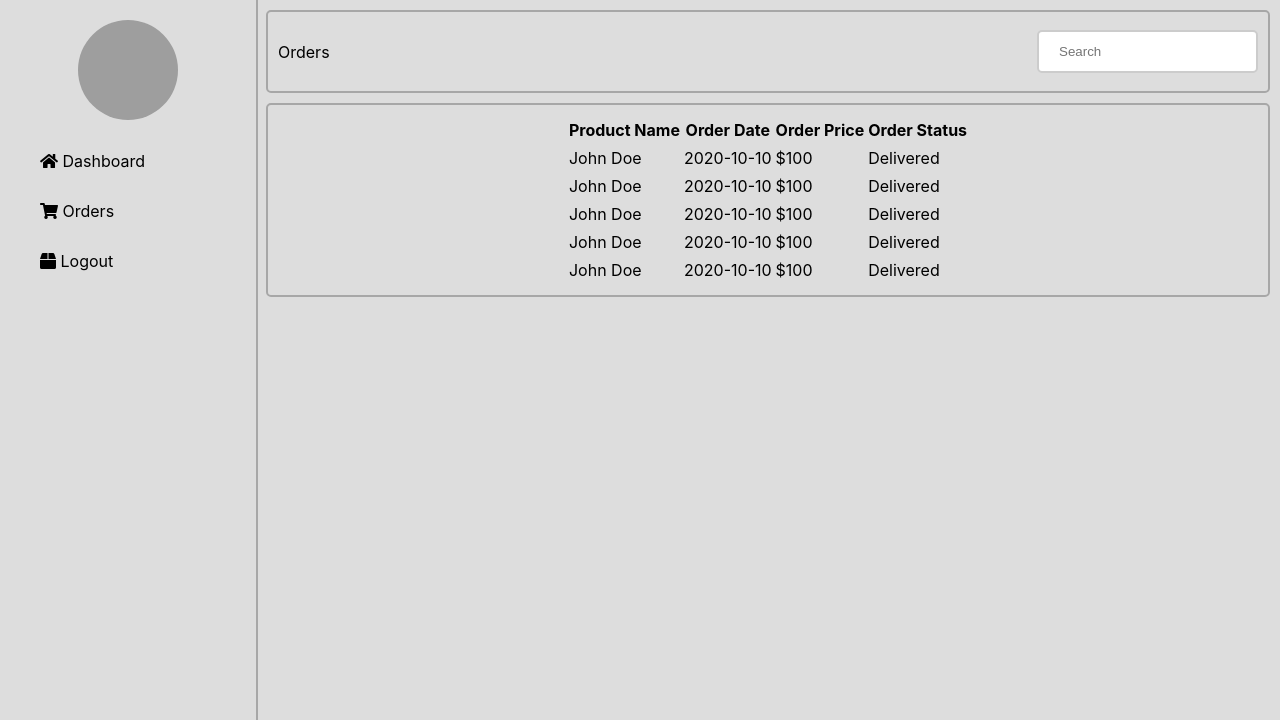
Repository: cjaymoni/FE_Submission02
Page: http://localhost/orders
An editor plug-in stored every save of this project. The page is shown before and after the next save, followed by the edit.
The browser window is 1280 px wide. The pictures show the whole page.
Pictures or frames that could not be fetched are drawn as grey boxes. Some web libraries are served in a nearby version. The page is run by PHP 8.4 with error messages shown; the project is at /var/www/html/.

Above is the page before, as saved 2022-09-29 15:16:16.

### index.php
<!doctype html>
<html lang="en">
<head>
    <?php include './layout/header.html' ?>
</head>
<body>
<?php
require_once './layout/sidebar.html';

$request = $_SERVER['REQUEST_URI'];

switch ($request) {
        case '/' :
        case '' :
        case '/home' :
            case '/login':
                case '/login/':
        require __DIR__.'/views/login-page/login.html';
        break;


        case '/orders':
        case '/orders/':
        require __DIR__.'/views/orders/orders.html';
        break;

        case '/dashboard':
        case '/dashboard/':
        require __DIR__.'/views/dashboard/dashboard.html';
        break;





        default:
        require __DIR__.'/views/login-page/login.html';
        break;
}
?>

 <?php require_once './layout/footer.html' ?>
</body>
</html>

### layout/header.html
<meta charset="utf-8" />
<meta name="viewport" content="width=device-width, initial-scale=1.0" />

<!-- FavIcon -->
<link rel="icon" type="image/svg+xml" href="assets/Freddys_Logo.svg" />

<!-- CSS -->
<link rel="stylesheet" href="css/styles.css" />

<!-- Font Awesome -->
<link
  rel="stylesheet"
  href="https://use.fontawesome.com/releases/v5.8.1/css/all.css"
/>

<!-- Title -->
<title>Freddy's Shop</title>

### layout/sidebar.html
<aside>
  <div class="sidebar" id="sidebar">
    <div class="profile">
      <img src="assets/Freddys_Logo.svg" alt="Freddys_Logo" />
    </div>
    <ul>
      <li>
        <a href="/dashboard">
          <i class="fas fa-home"></i>
          <span>Dashboard</span>
        </a>
      </li>
      <li>
        <a href="/orders">
          <i class="fas fa-shopping-cart"></i>
          <span>Orders</span>
        </a>
      </li>
      <li>
        <a href="products.html">
          <i class="fas fa-box"></i>
          <span>Logout</span>
        </a>
      </li>
    </ul>
  </div>
</aside>
<script src="js/sidebar-toggle.js"></script>

### views/orders/orders.html
<div class="content">
  <div class="order-header">
    <div class="order-header-text">
      <span>Orders</span>
    </div>
    <div class="order-header-search">
      <input type="text" placeholder="Search" />
    </div>
  </div>

  <div class="order-table-div">
    <table>
      <thead>
        <tr>
          <th>Product Name</th>
          <th>Order Date</th>
          <th>Order Price</th>
          <th>Order Status</th>
        </tr>
      </thead>
      <tbody>
        <tr>
          <td>John Doe</td>
          <td>2020-10-10</td>
          <td>$100</td>
          <td>Delivered</td>
        </tr>
        <tr>
          <td>John Doe</td>
          <td>2020-10-10</td>
          <td>$100</td>
          <td>Delivered</td>
        </tr>
        <tr>
          <td>John Doe</td>
          <td>2020-10-10</td>
          <td>$100</td>
          <td>Delivered</td>
        </tr>
        <tr>
          <td>John Doe</td>
          <td>2020-10-10</td>
          <td>$100</td>
          <td>Delivered</td>
        </tr>

        <tr>
          <td>John Doe</td>
          <td>2020-10-10</td>
          <td>$100</td>
          <td>Delivered</td>
        </tr>
      </tbody>
    </table>
  </div>
</div>

### layout/footer.html
<script
  src="https://code.jquery.com/jquery-3.6.1.min.js"
  integrity="sha256-o88AwQnZB+VDvE9tvIXrMQaPlFFSUTR+nldQm1LuPXQ="
  crossorigin="anonymous"
></script>

### css/styles.css
:root {
    --color-primary: #f00;
    --color-secondary: #0f0;
    --color-tertiary: rgb(0, 110, 255);
    background-color: #dddddd;
    font-family: Inter, Avenir, Helvetica, Arial, sans-serif;
    font-size: 16px;
    line-height: 24px;
    min-width: 100vw;
    min-height: 100vh;
    scroll-behavior: smooth;
}


body {
    overflow-x: hidden;
    height: 100vh;
    width: 100vw;
    margin: 0;
}

.login-div {
    display: flex;
    flex-direction: column;
    justify-content: center;
    align-items: center;
    border: 5px solid rgb(65, 61, 61);
    margin: auto;
    margin-top: 15%;
    width: 50%;
    padding: 5px;


}

.login-head {
    display: flex;
    justify-content: space-between;
    flex-wrap: wrap;
}

.login-img {
    width: 100px;
    height: 100px;
    border-radius: 50%;
    margin: 10px;
}

.login-head-text {
    display: flex;
    justify-content: center;
    align-items: center;
    margin: 10px;
    flex-wrap: wrap;
}

.login-head-img {
    display: flex;
    justify-content: center;
    align-items: center;
    margin: 10px;
}

.login-form {
    display: flex;
    flex-direction: column;
    justify-content: center;
    align-items: center;
    margin: 10px;
    width: 100%;
}



.input-div {
    display: flex;
    flex-direction: column;
    justify-content: center;
    align-items: center;
    margin: 10px;
    width: 100%;
}

input[type=text],
input[type=password] {
    width: 100%;
    padding: 12px 20px;
    margin: 8px 0;
    display: inline-block;
    border: 2px solid #ccc;
    box-sizing: border-box;
    border-radius: 5px;
}

.login-btn {
    width: 100%;
    padding: 10px;
    border: 2px solid #ccc;
    border-radius: 5px;
}


.sidebar {
    background-color: #dddddd;
    position: fixed;
    top: 0;
    left: 0;
    width: 20%;
    height: 100%;
    padding: 20px 0;
    transition: all 0.5s ease;
    border-right: 2px solid rgb(167, 167, 167);

}

.content {
    width: 80%;
    height: 100%;
    float: right;

}


.sidebar .profile img {
    display: block;
    width: 100px;
    height: 100px;
    border-radius: 50%;
    margin: 0 auto;
}

.sidebar ul li {
    list-style: none;

}

.sidebar ul li a {
    display: block;
    padding: 13px 0px;
    /* border-bottom: 1px solid #10558d; */
    color: black;
    font-size: 16px;
    position: relative;
    text-decoration: none;
}

.sidebar ul li a .icon {
    color: black;
    width: 30px;
    display: inline-block;
}


.order-header {
    display: flex;
    justify-content: space-between;
    align-items: center;
    margin: 10px;
    padding: 10px;
    border: 2px solid rgb(167, 167, 167);
    border-radius: 5px;
}

.order-table-div {
    display: flex;
    justify-content: center;
    align-items: center;
    margin: 10px;
    padding: 10px;
    border: 2px solid rgb(167, 167, 167);
    border-radius: 5px;

}

### js/sidebar-toggle.js
const pgUrl = window.location.href.substr(
  window.location.href.lastIndexOf("/") + 1
);
const sdComponent = document.querySelector(".sidebar");
if (pgUrl === "login") {
  sdComponent.style.display = "none";
}

After the next save:
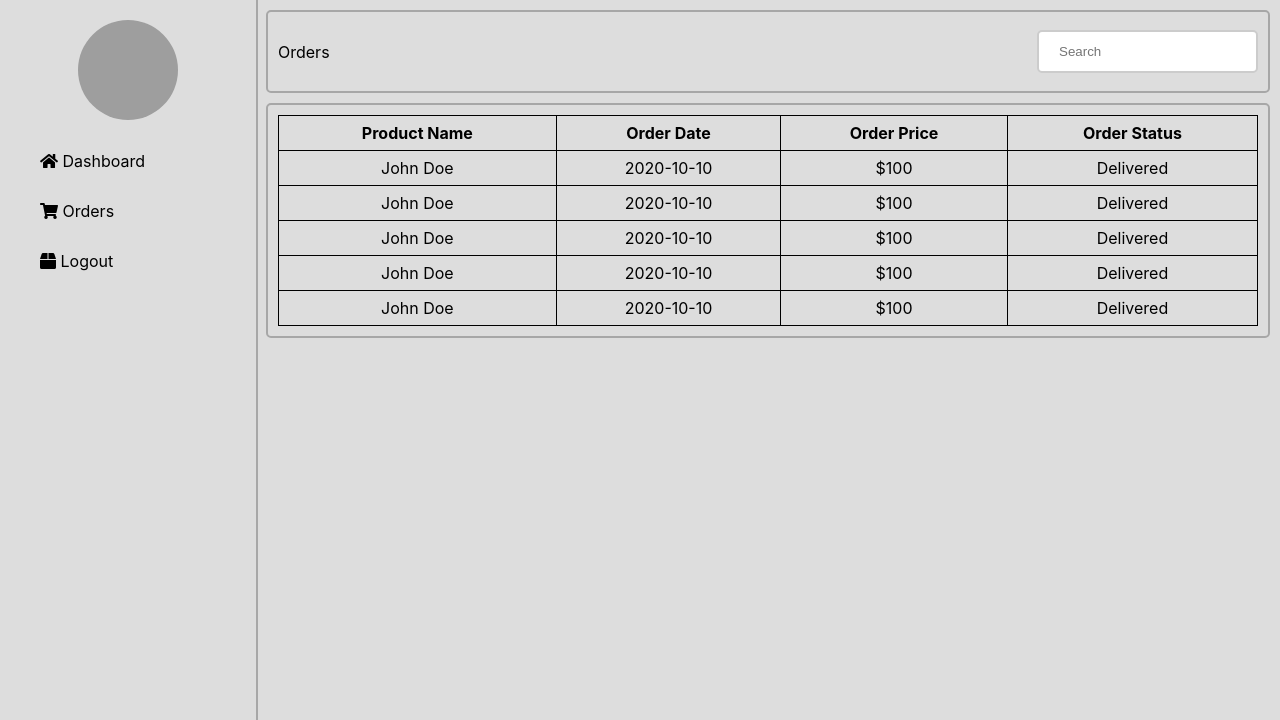
Saved 3 min 5 s later.
--- a/css/styles.css
+++ b/css/styles.css
@@ -171,3 +171,20 @@ input[type=password] {
     border-radius: 5px;
 
 }
+
+table {
+    border-collapse: collapse;
+    width: 100%;
+
+}
+
+td,
+th {
+    border: 1px solid black;
+    padding: 5px;
+    text-align: center;
+}
+
+tr:nth-child(even) {
+    background-color: #dddddd;
+}
